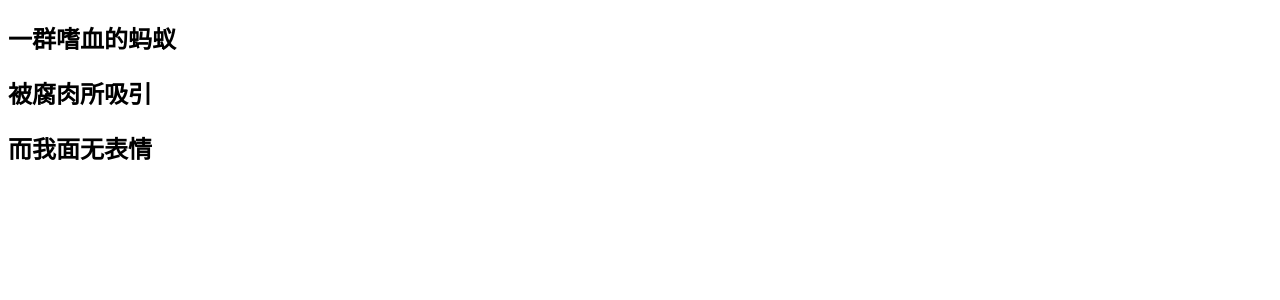
Repository: TheBestBadGuy0228/code
Page: css文本对齐.html
These files come from the project's save history. The page is drawn as it stood at one moment and after the next save; the edit follows.
The browser window is 1280 px wide. The pictures show the whole page.

Above is the page before, as saved 2021-09-29 10:40:16.

### css文本对齐.html
<!-- /*
 * @Author: Xiao
 * @Date: 2021-09-29 10:33:56
 * @Last Modified by:   Xiao
 * @Last Modified time: 2021-09-29 10:33:56
 */ -->
<!DOCTYPE html>
<html lang="en">
<head>
    <meta charset="UTF-8">
    <meta http-equiv="X-UA-Compatible" content="IE=edge">
    <meta name="viewport" content="width=device-width, initial-scale=1.0">
    <title>文本对齐</title>
    <style>
        .center {
            /* 居中对齐 */
            text-align: center;
        }
        .right {
            /* 靠右对齐 */
            text-align: right;
        }
        .left{
            /* 靠左对齐 */
            text-align: left;
        }
    </style>
</head>
<body>
    <h2>一群嗜血的蚂蚁</h2>
    <h2>被腐肉所吸引</h2>
    <h2>而我面无表情</h2>

</body>
</html>

After the next save:
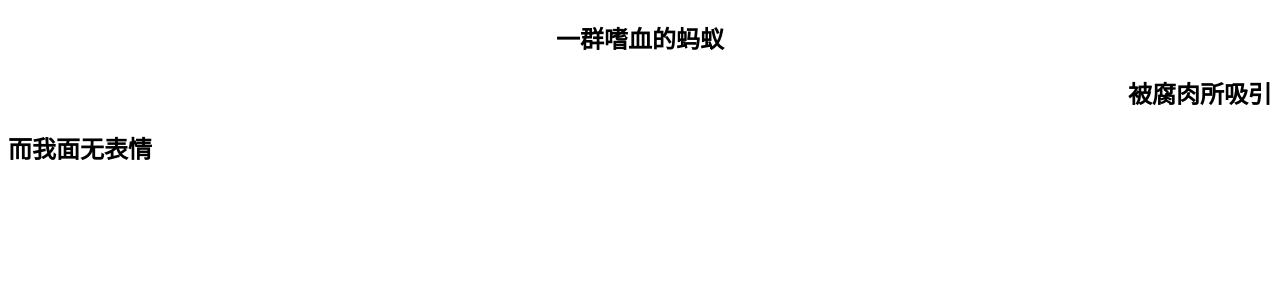
Saved 39 s later.
--- a/css文本对齐.html
+++ b/css文本对齐.html
@@ -27,9 +27,9 @@
     </style>
 </head>
 <body>
-    <h2>一群嗜血的蚂蚁</h2>
-    <h2>被腐肉所吸引</h2>
-    <h2>而我面无表情</h2>
+    <h2 class="center">一群嗜血的蚂蚁</h2>
+    <h2 class="right">被腐肉所吸引</h2>
+    <h2 class="left">而我面无表情</h2>
 
 </body>
 </html>
